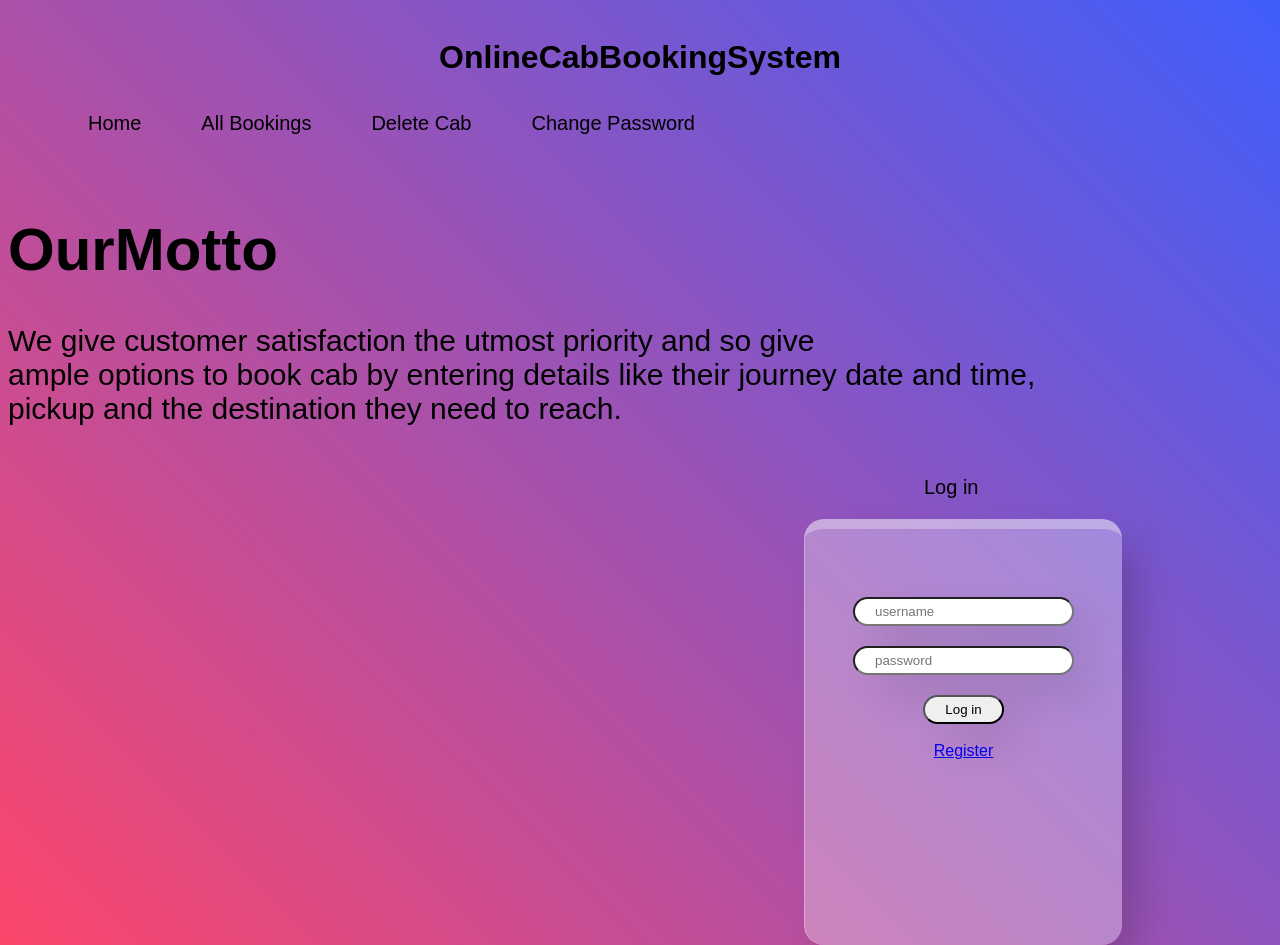
Repository: venkateshpillala/OnlineCabBookingSystem
Page: BookCab/src/main/webapp/changePassword.html
These files come from the project's save history. The page is drawn as it stood at one moment and after the next save; the edit follows.
The browser window is 1280 px wide. The pictures show the whole page.

Above is the page before, as saved 2024-06-07 17:05:15.

### BookCab/src/main/webapp/changePassword.html
<!DOCTYPE html>
<html>
<head>
<meta charset="ISO-8859-1">
<title>OnlineCabBooking</title>
</head>
<style>
	body{

		background : linear-gradient(45deg,#FC466B,#3F5EFB);
		height : 100vh;
		font-family : "Montserrat", sans-serif;
	}
	form {
		font-family : "Montserrat", sans-serif;
		background : rgba(255,255,255,0.3);
		padding : 3em;
		height : 320px;
		border-radius : 20px;
		border-left : 1px solid rgba(255,255,255,0.3);
		border-top : 10px solid rgba(255,255,255,0.3);
		background-filter : blur(10px);
		box-shadow : 20px 20px 40px -6px rgba(0, 0, 0, 0.2);
		text-align : center;
		position : relative;
		transition : all 0.2 ease-in-out;
		margin-right : 100px;
	}
	input {
		border-radius : 20px;
		box-shadow : 20px 20px 40px -6px rgba(0, 0, 0, 0.2);
		padding  : 5px 20px;
		margin-top : 20px;
		background-filter : blur(10px);
	}
	.alignment{
		text-align : center;
		border-radius : 10px;
		padding: 10px;
	}
	ul {
  		list-style-type: none;
  		overflow: hidden;
	}

	li {
  		float: left;
	}

	li a {
  		display: block;
  		color : black;
  		text-align: center;
  		padding: 14px 30px;
  		text-decoration: none;
  		font-size : 20px;
	}

	li a:hover:not(.active) {
  		background-color: #111;
  		border-radius : 10px;
  		color : white;
	}
	.h{
		padding : 100px;
	}
	.left{
		float : left;
		font-size : 30px;
	}
	.right{
		float : right;
		padding-right : 50px;
	}
	.para{
		padding-left : 120px;
		font-family : "Montserrat", sans-serif;
		font-size : 20px;


	}
	.over:hover:not(.active) {
  		background-color: #111;
  		border-radius : 10px;
  		color : white;
	}
</style>
<body>
<div class = "alignment">
	<h1 >OnlineCabBookingSystem</h1>
	<ul>
		<li><a href = "./Home.html">Home</a></li>
		<li><a href = "./allbookings">All Bookings</a></li>
		<li><a href = "./deleteCab.html">Delete Cab</a></li>
		<li><a href = "./changePassword.html">Change Password</a></li>

	</ul>
</div>

<div >

	<div class = "left">
		<h1>OurMotto</h1>
		<p>We give customer satisfaction the utmost priority and so give<br> ample options
		to book cab by entering details like their journey date and time, <br>pickup and
		the destination they need to reach.
		</p>
	</div>
	<div class = "right">
	<p class = "para">Log in</p>
		<form method = "post" action = "./userlogin">
			<input type = "text" name = "username" placeholder = "username"/><br>
			<input type = "password" name = "password" placeholder = "password"/><br>
			<input class = "over" type = "submit" value = "Log in"/><br><br>
			<a href = "./register.html">Register</a>
		</form>
	</div>
</div>


</body>
</html>

After the next save:
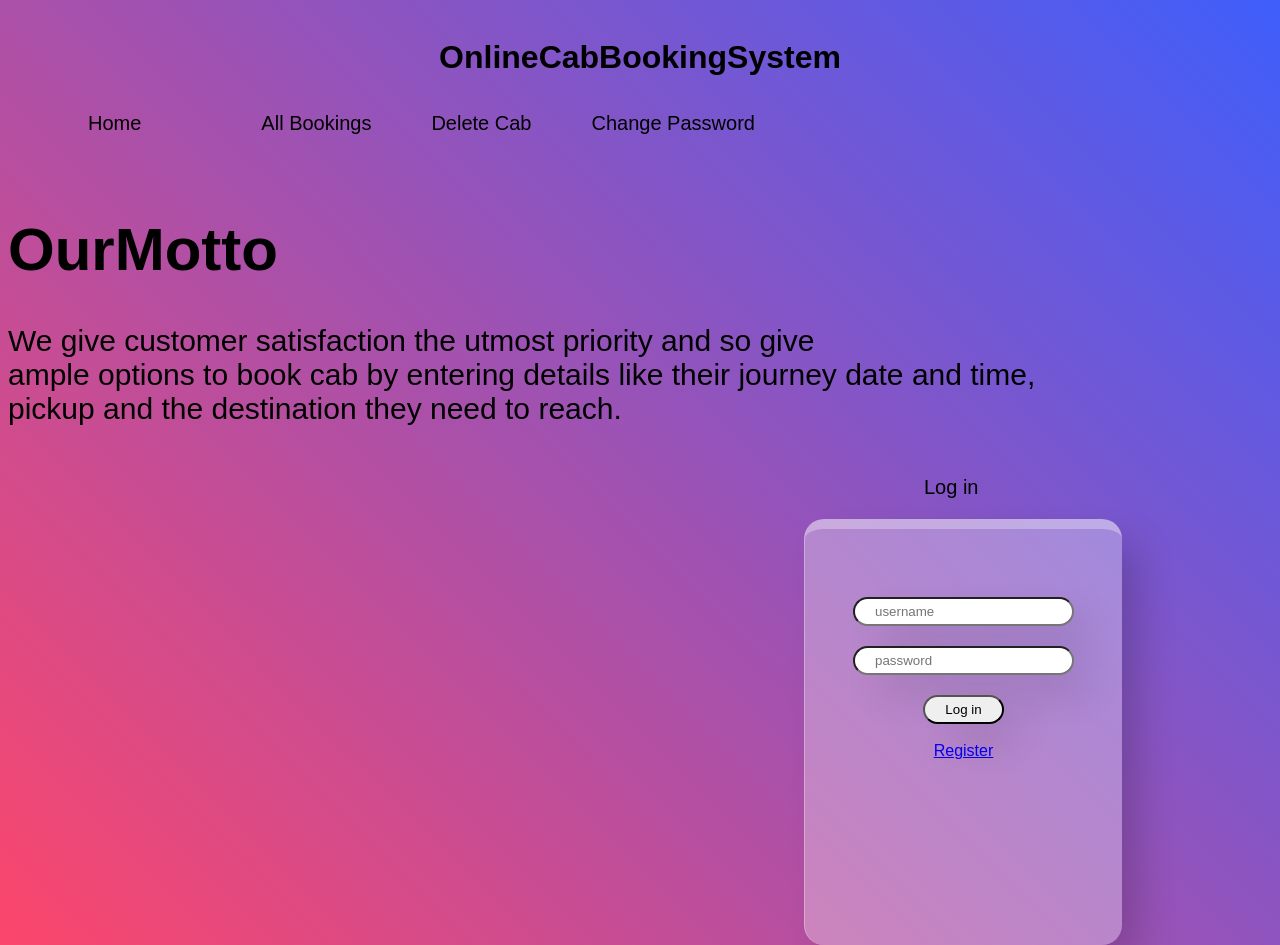
Saved 20 s later.
--- a/BookCab/src/main/webapp/changePassword.html
+++ b/BookCab/src/main/webapp/changePassword.html
@@ -90,6 +90,7 @@
 	<h1 >OnlineCabBookingSystem</h1>
 	<ul>
 		<li><a href = "./Home.html">Home</a></li>
+		<li><a href = "./"></a></li>
 		<li><a href = "./allbookings">All Bookings</a></li>
 		<li><a href = "./deleteCab.html">Delete Cab</a></li>
 		<li><a href = "./changePassword.html">Change Password</a></li>
